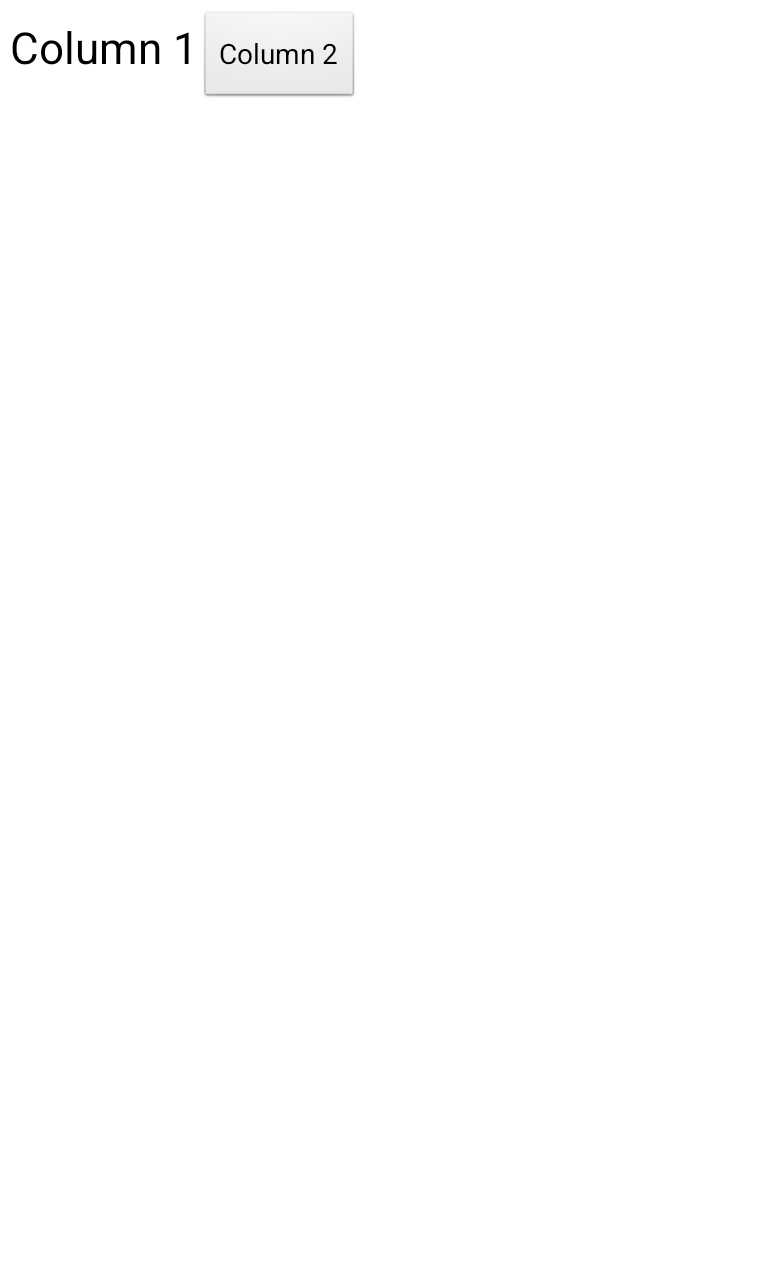
Repository: neetukaushish/AndroidTraining
Layout: YouTubeApi/res/layout/activity_main.xml
An editor plug-in stored every save of this project. The layout is shown before and after the next save, followed by the edit.
It is drawn on a 768 x 1280 px phone screen (xhdpi) without system bars, with theme AppTheme; the app's code is not run.

Above is the layout before, as saved 2013-07-01 05:18:57.

### YouTubeApi/res/layout/activity_main.xml
<?xml version="1.0" encoding="utf-8"?>
<TableLayout xmlns:android="http://schemas.android.com/apk/res/android"
    android:id="@+id/tableLayout1"
    android:layout_width="fill_parent"
    android:layout_height="fill_parent" >

    <!-- 2 columns -->
    <TableRow
        android:id="@+id/tableRow1"
        android:layout_width="wrap_content"
        android:layout_height="wrap_content"
        android:padding="5dip" >

        <TextView
            android:id="@+id/textView1"
            android:text="Column 1"
            android:textAppearance="?android:attr/textAppearanceLarge" />

        <Button
            android:id="@+id/button1"
            android:text="Column 2" />
    </TableRow>
</TableLayout>

Loaded but not shown: YouTubeApi/res/values/styles.xml (common file)

After the next save:
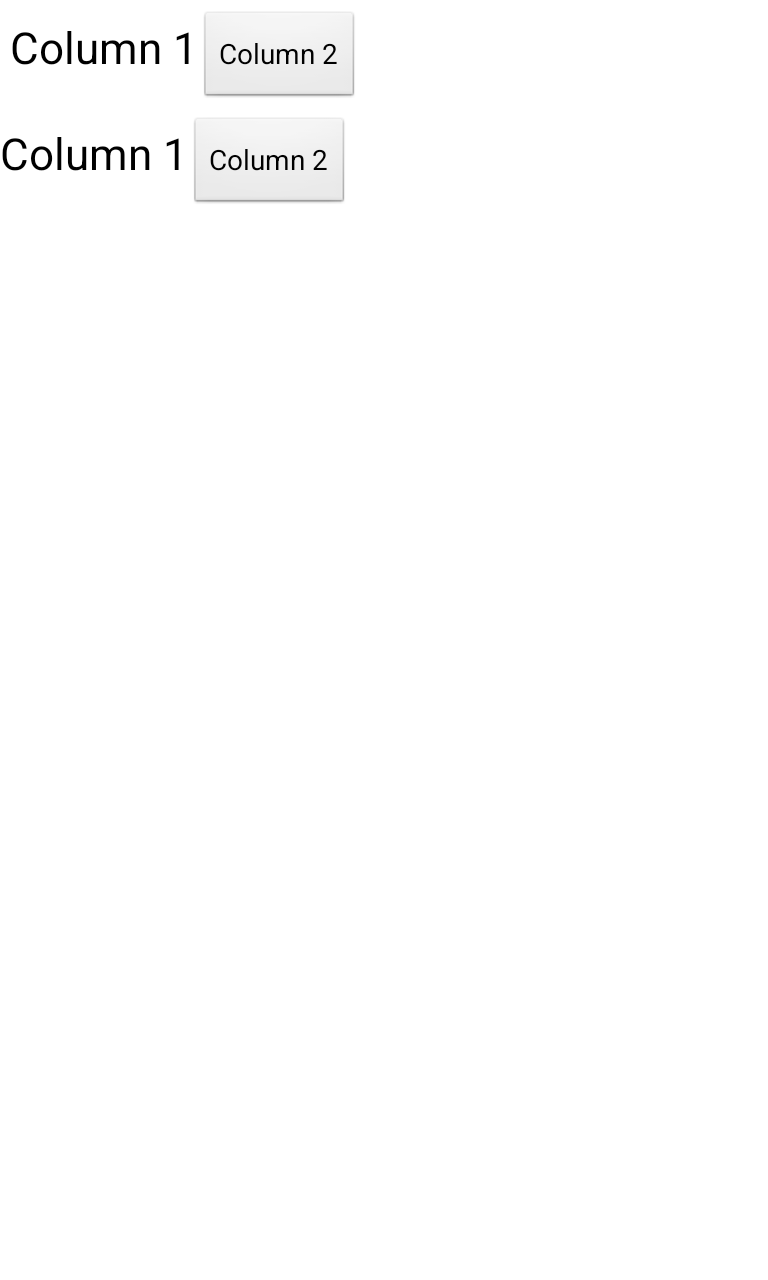
Saved 30 s later.
--- a/YouTubeApi/res/layout/activity_main.xml
+++ b/YouTubeApi/res/layout/activity_main.xml
@@ -20,4 +20,14 @@
             android:id="@+id/button1"
             android:text="Column 2" />
     </TableRow>
+    <TableRow >
+         <TextView
+            android:id="@+id/textView1"
+            android:text="Column 1"
+            android:textAppearance="?android:attr/textAppearanceLarge" />
+
+        <Button
+            android:id="@+id/button1"
+            android:text="Column 2" />
+    </TableRow>
 </TableLayout>
